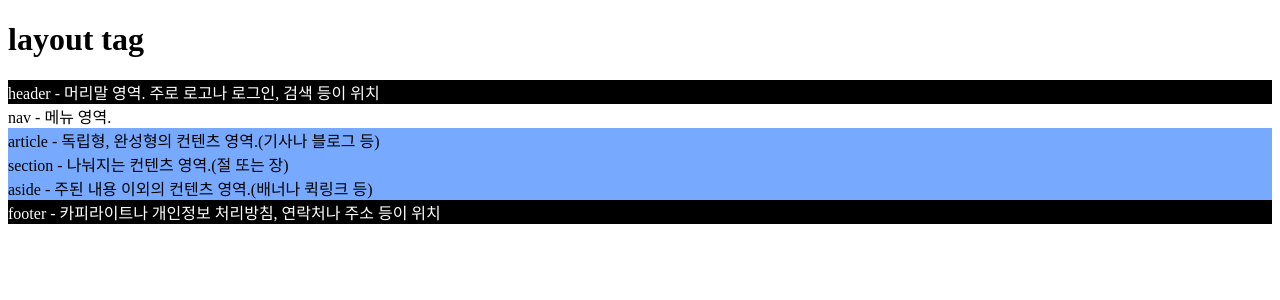
Repository: Git-Seokcoding/WEB
Page: CSS3/src/main/webapp/layout.html
An editor plug-in stored every save of this project. The page is shown before and after the next save, followed by the edit.
The browser window is 1280 px wide. The pictures show the whole page.

Above is the page before, as saved 2023-10-12 07:14:04.

### CSS3/src/main/webapp/layout.html
<!DOCTYPE html>
<html>
<head>
<meta charset="UTF-8">
<title>layout tag</title>
</head>
<body>
	<h1>layout tag</h1>
	<header style="background-color: #000;color: #fff; heigh:150px;">
	header - 머리말 영역. 주로 로고나 로그인, 검색 등이 위치
	</header>
	<nav>
	nav - 메뉴 영역.
	</nav>
	<article style="background-color: #7af;">
	article - 독립형, 완성형의 컨텐츠 영역.(기사나 블로그 등)
	</article>
	<section style="background-color: #7af;">
	section - 나눠지는 컨텐츠 영역.(절 또는 장)
	</section>
	<aside style="background-color: #7af;">
	aside - 주된 내용 이외의 컨텐츠 영역.(배너나 퀵링크 등)
	</aside>
	<footer style="background-color: #000;color: #fff; heigh:150px;">
	footer - 카피라이트나 개인정보 처리방침, 연락처나 주소 등이 위치
	</footer>


</body>
</html>

After the next save:
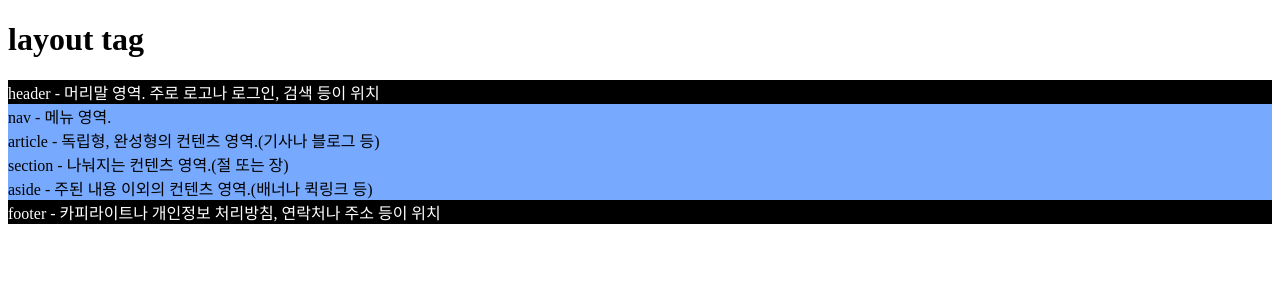
Saved 10 s later.
--- a/CSS3/src/main/webapp/layout.html
+++ b/CSS3/src/main/webapp/layout.html
@@ -9,7 +9,7 @@
 	<header style="background-color: #000;color: #fff; heigh:150px;">
 	header - 머리말 영역. 주로 로고나 로그인, 검색 등이 위치
 	</header>
-	<nav>
+	<nav style="background-color: #7af;">
 	nav - 메뉴 영역.
 	</nav>
 	<article style="background-color: #7af;">
